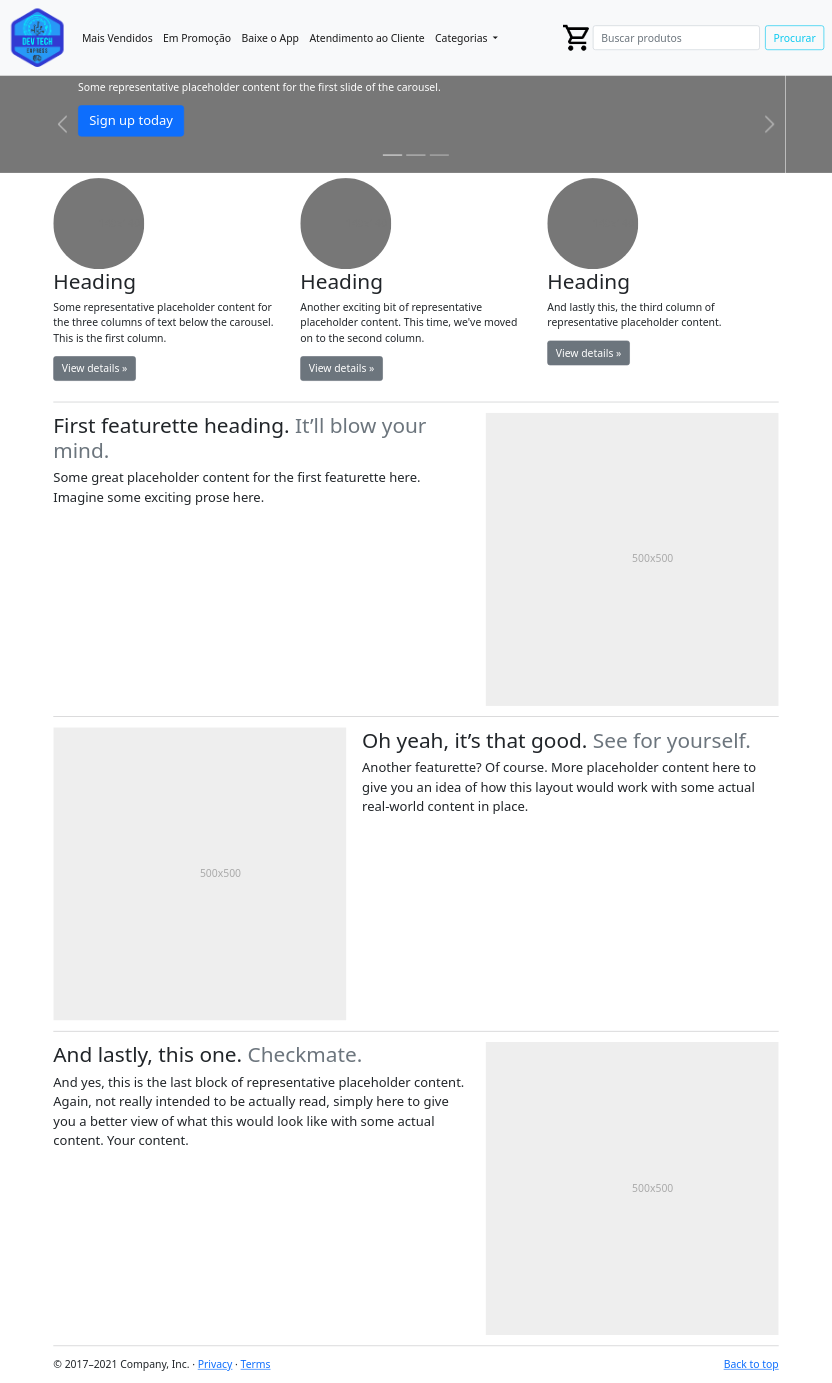
Repository: dantas-barreto/trabalho-interdisciplinar-IDW-IAP
Page: index.html
The author's editor kept a copy of each file at every save. The page is drawn from the files as they stood at one save, then again after the next save.
The browser window is 1280 px wide. The pictures show the whole page, at 65% of full size.

Above is the page before, as saved 2021-11-15 19:26:41.

### index.html
<!DOCTYPE html>
<html lang="pt-br">
  <head>
    <meta charset="utf-8" />
    <meta name="viewport" content="width=device-width, initial-scale=1.0" />

    <link
      rel="stylesheet"
      href="node_modules/bootstrap/dist/css/bootstrap.min.css"
    />
    <link rel="shortcut icon" href="img/favicon.ico" type="image/x-icon" />
    <title>DevTech Express</title>
  </head>
  <body>
    <nav class="navbar navbar-expand-lg navbar-light bg-light">
      <div class="container-fluid">
        <a class="navbar-brand" href="#"
          ><img src="img/logo.png" width="90px" height="90px"
        /></a>
        <button
          class="navbar-toggler"
          type="button"
          data-bs-toggle="collapse"
          data-bs-target="#navbarSupportedContent"
          aria-controls="navbarSupportedContent"
          aria-expanded="false"
          aria-label="Toggle navigation"
        >
          <span class="navbar-toggler-icon"></span>
        </button>
        <div class="collapse navbar-collapse" id="navbarSupportedContent">
          <ul class="navbar-nav me-auto mb-2 mb-lg-0">
            <li class="nav-item">
              <a class="nav-link active" aria-current="page" href="#"
                >Mais Vendidos</a
              >
            </li>
            <li class="nav-item">
              <a class="nav-link active" href="Clientes.html">Em Promoção</a>
            </li>
            <li class="nav-item">
              <a class="nav-link active" href="Fornecedores.html"
                >Baixe o App</a
              >
            </li>
            <li class="nav-item">
              <a class="nav-link active" href="Produtos.html"
                >Atendimento ao Cliente</a
              >
            </li>
            <li class="nav-item dropdown">
              <a
                class="nav-link active dropdown-toggle"
                href="#"
                id="navbarDropdown"
                role="button"
                data-bs-toggle="dropdown"
                aria-expanded="false"
              >
                Categorias
              </a>
              <ul class="dropdown-menu" aria-labelledby="navbarDropdown">
                <li><a class="dropdown-item" href="#">Categoria 01</a></li>
                <li><a class="dropdown-item" href="#">Categoria 02</a></li>
                <li><a class="dropdown-item" href="#">Categoria 03</a></li>
                <li><a class="dropdown-item" href="#">Categoria 04</a></li>
                <li><a class="dropdown-item" href="#">Categoria 05</a></li>
                <li><a class="dropdown-item" href="#">Categoria 06</a></li>
                <li><a class="dropdown-item" href="#">Categoria 07</a></li>
                <li><a class="dropdown-item" href="#">Categoria 08</a></li>
              </ul>
            </li>
          </ul>
          <img src="img/carrinhogrande.png" />
          <form class="d-flex" id="procurar">
            <input
              class="form-control me-2"
              type="search"
              placeholder="Buscar produtos"
              aria-label="Search"
            />
            <button class="btn btn-outline-info" type="submit">Procurar</button>
          </form>
        </div>
      </div>
    </nav>

    <main>
      <div id="myCarousel" class="carousel slide mb-2" data-bs-ride="carousel">
        <div class="carousel-indicators">
          <button
            type="button"
            data-bs-target="#myCarousel"
            data-bs-slide-to="0"
            class="active"
            aria-current="true"
            aria-label="Slide 1"
          ></button>
          <button
            type="button"
            data-bs-target="#myCarousel"
            data-bs-slide-to="1"
            aria-label="Slide 2"
          ></button>
          <button
            type="button"
            data-bs-target="#myCarousel"
            data-bs-slide-to="2"
            aria-label="Slide 3"
          ></button>
        </div>
        <div class="carousel-inner">
          <div class="carousel-item active">
            <svg
              class="bd-placeholder-img"
              width="100%"
              height="100%"
              xmlns="http://www.w3.org/2000/svg"
              aria-hidden="true"
              preserveAspectRatio="xMidYMid slice"
              focusable="false"
            >
              <rect width="100%" height="100%" fill="#777" />
            </svg>

            <div class="container">
              <div class="carousel-caption text-start">
                <h1>Example headline.</h1>
                <p>
                  Some representative placeholder content for the first slide of
                  the carousel.
                </p>
                <p>
                  <a class="btn btn-lg btn-primary" href="#">Sign up today</a>
                </p>
              </div>
            </div>
          </div>
          <div class="carousel-item">
            <svg
              class="bd-placeholder-img"
              width="100%"
              height="100%"
              xmlns="http://www.w3.org/2000/svg"
              aria-hidden="true"
              preserveAspectRatio="xMidYMid slice"
              focusable="false"
            >
              <rect width="100%" height="100%" fill="#777" />
            </svg>

            <div class="container">
              <div class="carousel-caption">
                <h1>Another example headline.</h1>
                <p>
                  Some representative placeholder content for the second slide
                  of the carousel.
                </p>
                <p><a class="btn btn-lg btn-primary" href="#">Learn more</a></p>
              </div>
            </div>
          </div>
          <div class="carousel-item">
            <svg
              class="bd-placeholder-img"
              width="100%"
              height="100%"
              xmlns="http://www.w3.org/2000/svg"
              aria-hidden="true"
              preserveAspectRatio="xMidYMid slice"
              focusable="false"
            >
              <rect width="100%" height="100%" fill="#777" />
            </svg>

            <div class="container">
              <div class="carousel-caption text-end">
                <h1>One more for good measure.</h1>
                <p>
                  Some representative placeholder content for the third slide of
                  this carousel.
                </p>
                <p>
                  <a class="btn btn-lg btn-primary" href="#">Browse gallery</a>
                </p>
              </div>
            </div>
          </div>
        </div>
        <button
          class="carousel-control-prev"
          type="button"
          data-bs-target="#myCarousel"
          data-bs-slide="prev"
        >
          <span class="carousel-control-prev-icon" aria-hidden="true"></span>
          <span class="visually-hidden">Previous</span>
        </button>
        <button
          class="carousel-control-next"
          type="button"
          data-bs-target="#myCarousel"
          data-bs-slide="next"
        >
          <span class="carousel-control-next-icon" aria-hidden="true"></span>
          <span class="visually-hidden">Next</span>
        </button>
      </div>

      <div class="container marketing">
        <!-- Three columns of text below the carousel -->
        <div class="row">
          <div class="col-lg-4">
            <svg
              class="bd-placeholder-img rounded-circle"
              width="140"
              height="140"
              xmlns="http://www.w3.org/2000/svg"
              role="img"
              aria-label="Placeholder: 140x140"
              preserveAspectRatio="xMidYMid slice"
              focusable="false"
            >
              <title>Placeholder</title>
              <rect width="100%" height="100%" fill="#777" />
              <text x="50%" y="50%" fill="#777" dy=".3em">140x140</text>
            </svg>

            <h2>Heading</h2>
            <p>
              Some representative placeholder content for the three columns of
              text below the carousel. This is the first column.
            </p>
            <p>
              <a class="btn btn-secondary" href="#">View details &raquo;</a>
            </p>
          </div>
          <div class="col-lg-4">
            <svg
              class="bd-placeholder-img rounded-circle"
              width="140"
              height="140"
              xmlns="http://www.w3.org/2000/svg"
              role="img"
              aria-label="Placeholder: 140x140"
              preserveAspectRatio="xMidYMid slice"
              focusable="false"
            >
              <title>Placeholder</title>
              <rect width="100%" height="100%" fill="#777" />
              <text x="50%" y="50%" fill="#777" dy=".3em">140x140</text>
            </svg>

            <h2>Heading</h2>
            <p>
              Another exciting bit of representative placeholder content. This
              time, we've moved on to the second column.
            </p>
            <p>
              <a class="btn btn-secondary" href="#">View details &raquo;</a>
            </p>
          </div>
          <div class="col-lg-4">
            <svg
              class="bd-placeholder-img rounded-circle"
              width="140"
              height="140"
              xmlns="http://www.w3.org/2000/svg"
              role="img"
              aria-label="Placeholder: 140x140"
              preserveAspectRatio="xMidYMid slice"
              focusable="false"
            >
              <title>Placeholder</title>
              <rect width="100%" height="100%" fill="#777" />
              <text x="50%" y="50%" fill="#777" dy=".3em">140x140</text>
            </svg>

            <h2>Heading</h2>
            <p>
              And lastly this, the third column of representative placeholder
              content.
            </p>
            <p>
              <a class="btn btn-secondary" href="#">View details &raquo;</a>
            </p>
          </div>
        </div>

        <hr class="featurette-divider" />

        <div class="row featurette">
          <div class="col-md-7">
            <h2 class="featurette-heading">
              First featurette heading.
              <span class="text-muted">It’ll blow your mind.</span>
            </h2>
            <p class="lead">
              Some great placeholder content for the first featurette here.
              Imagine some exciting prose here.
            </p>
          </div>
          <div class="col-md-5">
            <svg
              class="
                bd-placeholder-img bd-placeholder-img-lg
                featurette-image
                img-fluid
                mx-auto
              "
              width="500"
              height="500"
              xmlns="http://www.w3.org/2000/svg"
              role="img"
              aria-label="Placeholder: 500x500"
              preserveAspectRatio="xMidYMid slice"
              focusable="false"
            >
              <title>Placeholder</title>
              <rect width="100%" height="100%" fill="#eee" />
              <text x="50%" y="50%" fill="#aaa" dy=".3em">500x500</text>
            </svg>
          </div>
        </div>

        <hr class="featurette-divider" />

        <div class="row featurette">
          <div class="col-md-7 order-md-2">
            <h2 class="featurette-heading">
              Oh yeah, it’s that good.
              <span class="text-muted">See for yourself.</span>
            </h2>
            <p class="lead">
              Another featurette? Of course. More placeholder content here to
              give you an idea of how this layout would work with some actual
              real-world content in place.
            </p>
          </div>
          <div class="col-md-5 order-md-1">
            <svg
              class="
                bd-placeholder-img bd-placeholder-img-lg
                featurette-image
                img-fluid
                mx-auto
              "
              width="500"
              height="500"
              xmlns="http://www.w3.org/2000/svg"
              role="img"
              aria-label="Placeholder: 500x500"
              preserveAspectRatio="xMidYMid slice"
              focusable="false"
            >
              <title>Placeholder</title>
              <rect width="100%" height="100%" fill="#eee" />
              <text x="50%" y="50%" fill="#aaa" dy=".3em">500x500</text>
            </svg>
          </div>
        </div>

        <hr class="featurette-divider" />

        <div class="row featurette">
          <div class="col-md-7">
            <h2 class="featurette-heading">
              And lastly, this one. <span class="text-muted">Checkmate.</span>
            </h2>
            <p class="lead">
              And yes, this is the last block of representative placeholder
              content. Again, not really intended to be actually read, simply
              here to give you a better view of what this would look like with
              some actual content. Your content.
            </p>
          </div>
          <div class="col-md-5">
            <svg
              class="
                bd-placeholder-img bd-placeholder-img-lg
                featurette-image
                img-fluid
                mx-auto
              "
              width="500"
              height="500"
              xmlns="http://www.w3.org/2000/svg"
              role="img"
              aria-label="Placeholder: 500x500"
              preserveAspectRatio="xMidYMid slice"
              focusable="false"
            >
              <title>Placeholder</title>
              <rect width="100%" height="100%" fill="#eee" />
              <text x="50%" y="50%" fill="#aaa" dy=".3em">500x500</text>
            </svg>
          </div>
        </div>
        <hr class="featurette-divider" />
      </div>

      <footer class="container">
        <p class="float-end"><a href="#">Back to top</a></p>
        <p>
          &copy; 2017–2021 Company, Inc. &middot;
          <a href="#">Privacy</a> &middot; <a href="#">Terms</a>
        </p>
      </footer>
    </main>

    <script src="node_modules/bootstrap/dist/js/bootstrap.bundle.min.js"></script>
  </body>
</html>

Loaded but not shown: node_modules/bootstrap/dist/css/bootstrap.min.css (library); node_modules/bootstrap/dist/js/bootstrap.bundle.min.js (library)

After the next save:
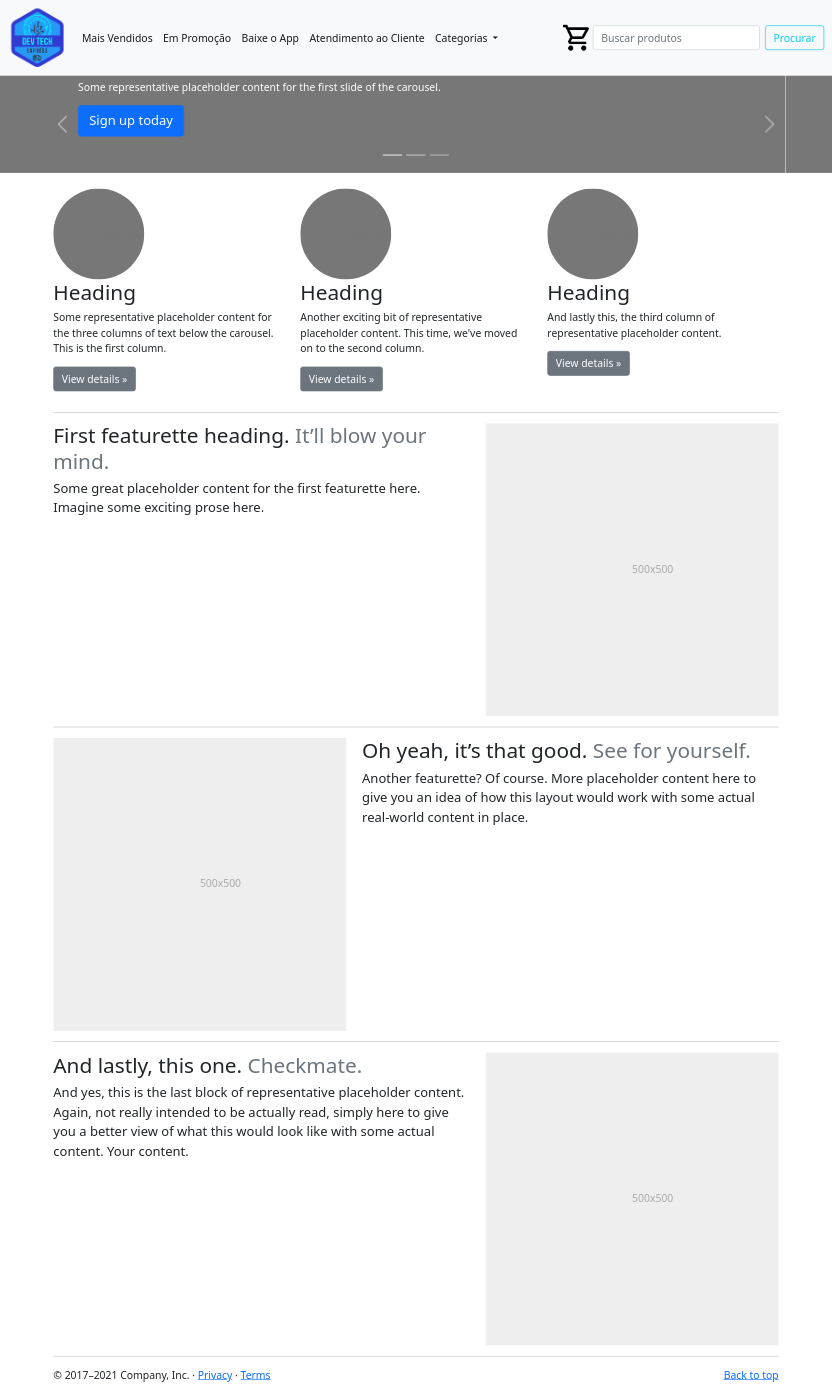
Saved 5 s later.
--- a/index.html
+++ b/index.html
@@ -86,7 +86,7 @@
     </nav>
 
     <main>
-      <div id="myCarousel" class="carousel slide mb-2" data-bs-ride="carousel">
+      <div id="myCarousel" class="carousel slide mb-4" data-bs-ride="carousel">
         <div class="carousel-indicators">
           <button
             type="button"
